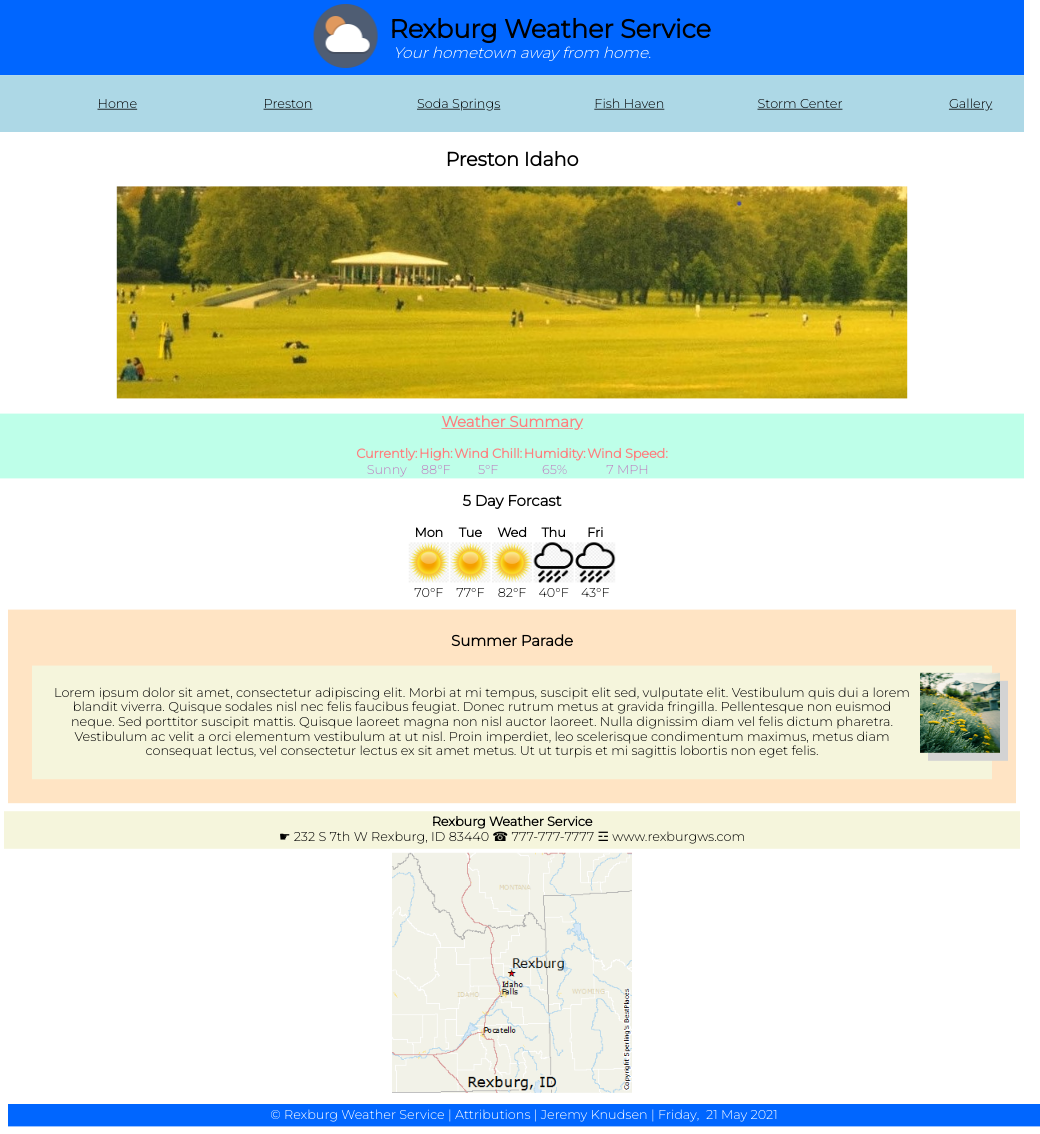
Repository: jknudsen97/jknudsen97.github.io
Page: lesson05/preston-5.html
These files come from the project's save history. The page is drawn as it stood at one moment and after the next save; the edit follows.
The browser window is 1280 px wide. The page is 1300 px wide, so the pictures cover 1300 px, including what lies to the right of the window. The pictures show the whole page, at 80% of full size.

Above is the page before, as saved 2021-05-22 23:06:08.

After the next save:
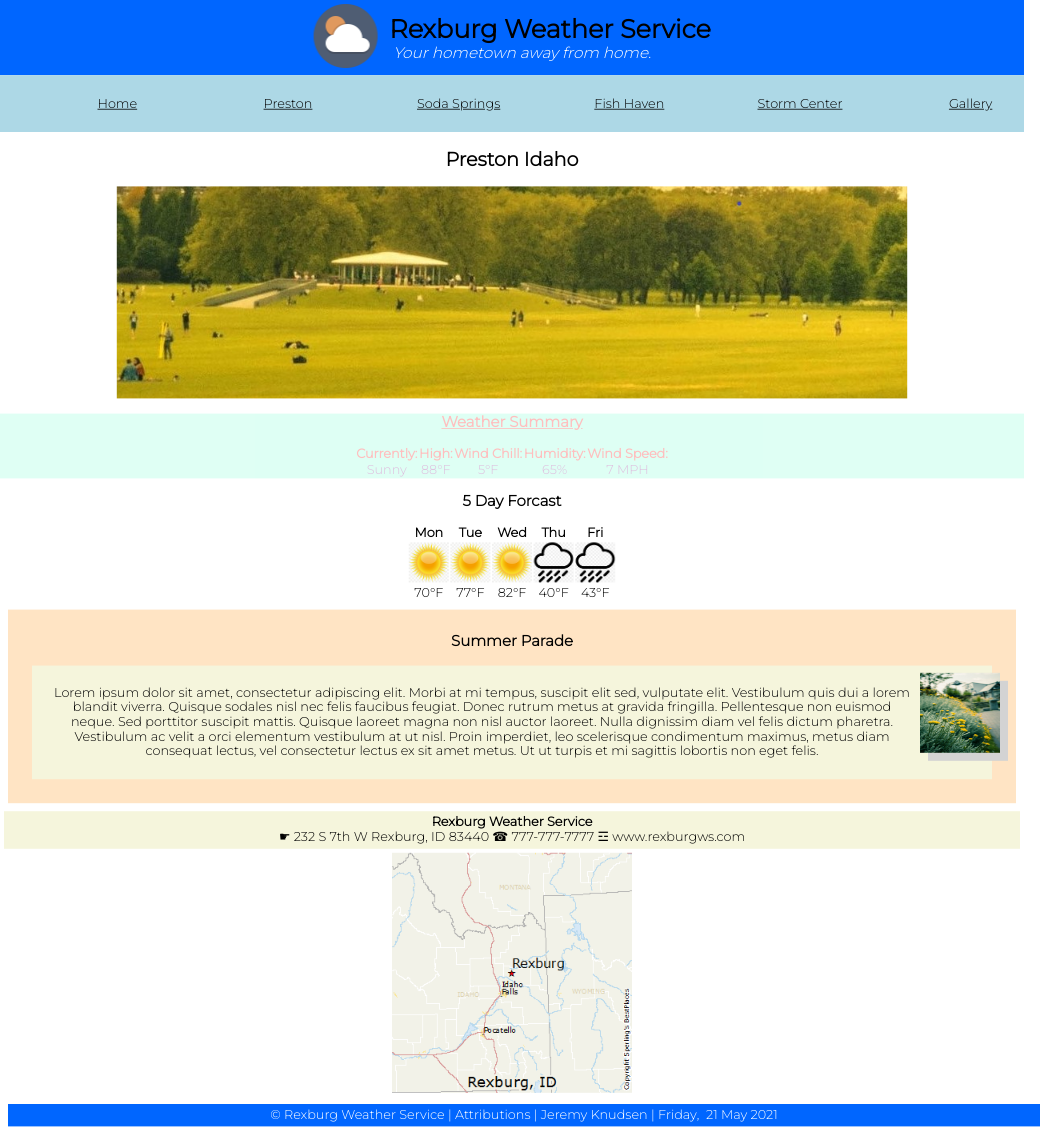
Saved 19 s later.
--- a/lesson05/css/main.css
+++ b/lesson05/css/main.css
@@ -193,7 +193,7 @@ footer {
 .summary{
     color: red;
     background-color: aquamarine;
-    opacity: 50%;
+    opacity: 25%;
 }
 
 .sum-titles{
